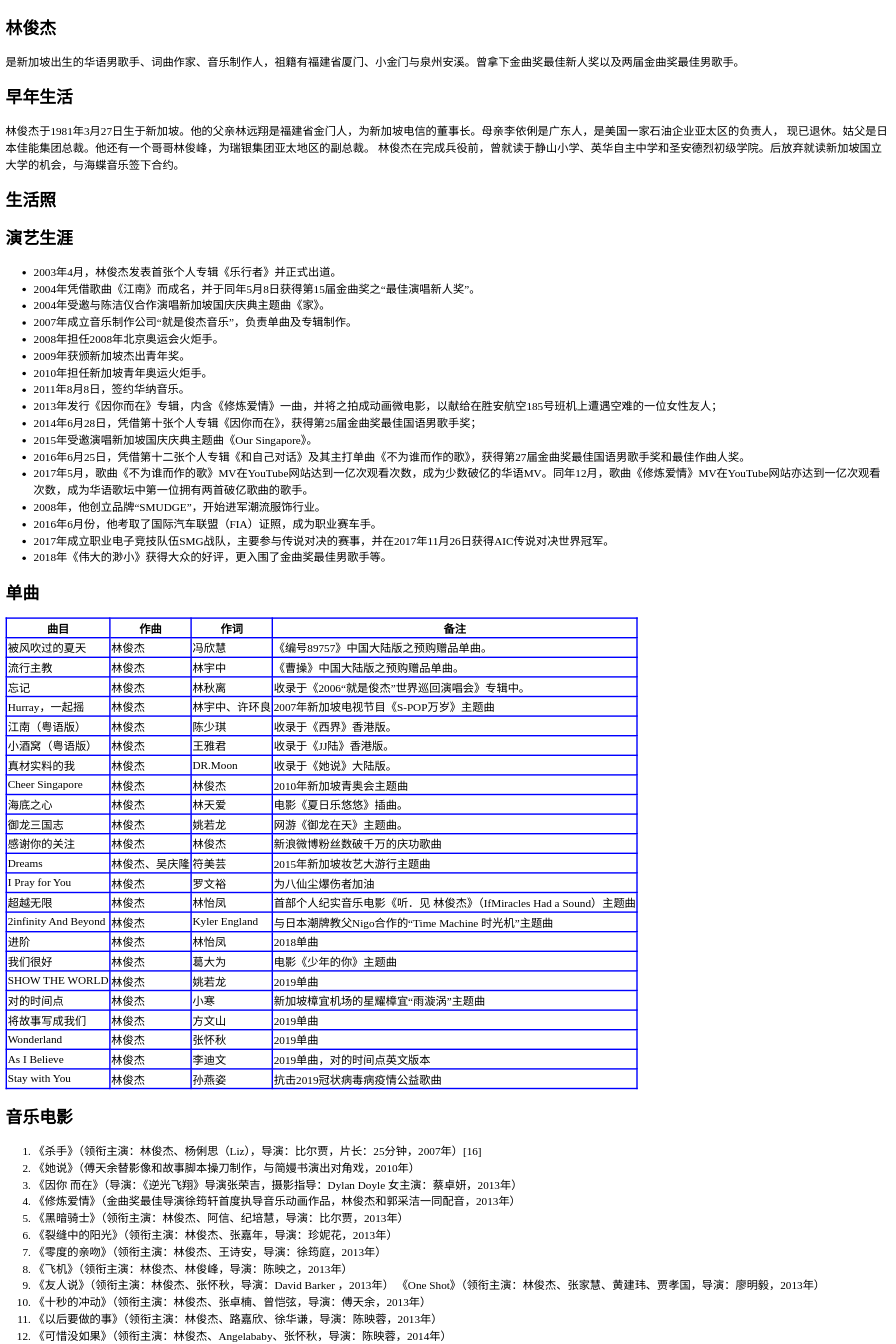
Repository: chenguocan/html_work
Page: html_work.html
An editor plug-in stored every save of this project. The page is shown before and after the next save, followed by the edit.
The browser window is 1280 px wide. The pictures show the part of the page from y = 0 to 1920 px (the page is 1959 px tall before and 3463 px after), at 70% of full size.

Above is the page before, as saved 2020-06-26 10:17:24.

### html_work.html
<!DOCTYPE html>
<html lang="zh-CN">
  <head>
    <meta charset="UTF-8" />
    <meta
      name="viewport"
      content="width=device-width, initial-scale=1.0, minimum-scale=1.0, maximum-scale=1.0, user-scalable=no"
    />
    <title>Document</title>
    <style>
      table {
        table-layout: fixed;
        border-collapse: collapse;
        border-spacing: 0;
      }
      td,
      th {
        border: 2px solid blue;
      }
    </style>
  </head>
  <body>
    <section>
      <h1>林俊杰</h1>
      <p>
        是新加坡出生的华语男歌手、词曲作家、音乐制作人，祖籍有福建省厦门、小金门与泉州安溪。曾拿下金曲奖最佳新人奖以及两届金曲奖最佳男歌手。
      </p>
      <h2>早年生活</h2>
      <p>
        林俊杰于1981年3月27日生于新加坡。他的父亲林远翔是福建省金门人，为新加坡电信的董事长。母亲李依俐是广东人，是美国一家石油企业亚太区的负责人，
        现已退休。姑父是日本佳能集团总裁。他还有一个哥哥林俊峰，为瑞银集团亚太地区的副总裁。
        林俊杰在完成兵役前，曾就读于静山小学、英华自主中学和圣安德烈初级学院。后放弃就读新加坡国立大学的机会，与海蝶音乐签下合约。
      </p>
      <h2>生活照</h2>
      <h2>演艺生涯</h2>
      <ul>
        <li>2003年4月，林俊杰发表首张个人专辑《乐行者》并正式出道。</li>
        <li>
          2004年凭借歌曲《江南》而成名，并于同年5月8日获得第15届金曲奖之“最佳演唱新人奖”。
        </li>
        <li>2004年受邀与陈洁仪合作演唱新加坡国庆庆典主题曲《家》。</li>
        <li>2007年成立音乐制作公司“就是俊杰音乐”，负责单曲及专辑制作。</li>
        <li>2008年担任2008年北京奥运会火炬手。</li>
        <li>2009年获颁新加坡杰出青年奖。</li>
        <li>2010年担任新加坡青年奥运火炬手。</li>
        <li>2011年8月8日，签约华纳音乐。</li>
        <li>
          2013年发行《因你而在》专辑，内含《修炼爱情》一曲，并将之拍成动画微电影，以献给在胜安航空185号班机上遭遇空难的一位女性友人；
        </li>
        <li>
          2014年6月28日，凭借第十张个人专辑《因你而在》，获得第25届金曲奖最佳国语男歌手奖；
        </li>
        <li>2015年受邀演唱新加坡国庆庆典主题曲《Our Singapore》。</li>
        <li>
          2016年6月25日，凭借第十二张个人专辑《和自己对话》及其主打单曲《不为谁而作的歌》，获得第27届金曲奖最佳国语男歌手奖和最佳作曲人奖。
        </li>
        <li>
          2017年5月，歌曲《不为谁而作的歌》MV在YouTube网站达到一亿次观看次数，成为少数破亿的华语MV。同年12月，歌曲《修炼爱情》MV在YouTube网站亦达到一亿次观看次数，成为华语歌坛中第一位拥有两首破亿歌曲的歌手。
        </li>
        <li>2008年，他创立品牌“SMUDGE”，开始进军潮流服饰行业。</li>
        <li>2016年6月份，他考取了国际汽车联盟（FIA）证照，成为职业赛车手。</li>
        <li>
          2017年成立职业电子竞技队伍SMG战队，主要参与传说对决的赛事，并在2017年11月26日获得AIC传说对决世界冠军。
        </li>
        <li>
          2018年《伟大的渺小》获得大众的好评，更入围了金曲奖最佳男歌手等。
        </li>
      </ul>
      <h2>单曲</h2>
      <table>
        <thead>
          <tr>
            <th>曲目</th>
            <th>作曲</th>
            <th>作词</th>
            <th>备注</th>
          </tr>
        </thead>
        <tbody>
          <tr>
            <td>被风吹过的夏天</td>
            <td>林俊杰</td>
            <td>冯欣慧</td>
            <td>《编号89757》中国大陆版之预购赠品单曲。</td>
          </tr>
          <tr>
            <td>流行主教</td>
            <td>林俊杰</td>
            <td>林宇中</td>
            <td>《曹操》中国大陆版之预购赠品单曲。</td>
          </tr>

          <tr>
            <td>忘记</td>
            <td>林俊杰</td>
            <td>林秋离</td>
            <td>收录于《2006“就是俊杰”世界巡回演唱会》专辑中。</td>
          </tr>
          <tr>
            <td>Hurray，一起摇</td>
            <td>林俊杰</td>
            <td>林宇中、许环良</td>
            <td>2007年新加坡电视节目《S-POP万岁》主题曲</td>
          </tr>
          <tr>
            <td>江南（粤语版）</td>
            <td>林俊杰</td>
            <td>陈少琪</td>
            <td>收录于《西界》香港版。</td>
          </tr>
          <tr>
            <td>小酒窝（粤语版）</td>
            <td>林俊杰</td>
            <td>王雅君</td>
            <td>收录于《JJ陆》香港版。</td>
          </tr>
          <tr>
            <td>真材实料的我</td>
            <td>林俊杰</td>
            <td>DR.Moon</td>
            <td>收录于《她说》大陆版。</td>
          </tr>
          <tr>
            <td>Cheer Singapore</td>
            <td>林俊杰</td>
            <td>林俊杰</td>
            <td>2010年新加坡青奥会主题曲</td>
          </tr>
          <tr>
            <td>海底之心</td>
            <td>林俊杰</td>
            <td>林天爱</td>
            <td>电影《夏日乐悠悠》插曲。</td>
          </tr>
          <tr>
            <td>御龙三国志</td>
            <td>林俊杰</td>
            <td>姚若龙</td>
            <td>网游《御龙在天》主题曲。</td>
          </tr>
          <tr>
            <td>感谢你的关注</td>
            <td>林俊杰</td>
            <td>林俊杰</td>
            <td>新浪微博粉丝数破千万的庆功歌曲</td>
          </tr>
          <tr>
            <td>Dreams</td>
            <td>林俊杰、吴庆隆</td>
            <td>符美芸</td>
            <td>2015年新加坡妆艺大游行主题曲</td>
          </tr>
          <tr>
            <td>I Pray for You</td>
            <td>林俊杰</td>
            <td>罗文裕</td>
            <td>为八仙尘爆伤者加油</td>
          </tr>
          <tr>
            <td>超越无限</td>
            <td>林俊杰</td>
            <td>林怡凤</td>
            <td>
              首部个人纪实音乐电影《听．见 林俊杰》（IfMiracles Had a
              Sound）主题曲
            </td>
          </tr>
          <tr>
            <td>2infinity And Beyond</td>
            <td>林俊杰</td>
            <td>Kyler England</td>
            <td>与日本潮牌教父Nigo合作的“Time Machine 时光机”主题曲</td>
          </tr>
          <tr>
            <td>进阶</td>
            <td>林俊杰</td>
            <td>林怡凤</td>
            <td>2018单曲</td>
          </tr>
          <tr>
            <td>我们很好</td>
            <td>林俊杰</td>
            <td>葛大为</td>
            <td>电影《少年的你》主题曲</td>
          </tr>
          <tr>
            <td>SHOW THE WORLD</td>
            <td>林俊杰</td>
            <td>姚若龙</td>
            <td>2019单曲</td>
          </tr>
          <tr>
            <td>对的时间点</td>
            <td>林俊杰</td>
            <td>小寒</td>
            <td>新加坡樟宜机场的星耀樟宜“雨漩涡”主题曲</td>
          </tr>
          <tr>
            <td>将故事写成我们</td>
            <td>林俊杰</td>
            <td>方文山</td>
            <td>2019单曲</td>
          </tr>
          <tr>
            <td>Wonderland</td>
            <td>林俊杰</td>
            <td>张怀秋</td>
            <td>2019单曲</td>
          </tr>
          <tr>
            <td>As I Believe</td>
            <td>林俊杰</td>
            <td>李迪文</td>
            <td>2019单曲，对的时间点英文版本</td>
          </tr>
          <tr>
            <td>Stay with You</td>
            <td>林俊杰</td>
            <td>孙燕姿</td>
            <td>抗击2019冠状病毒病疫情公益歌曲</td>
          </tr>
        </tbody>
      </table>
      <h2>音乐电影</h2>
      <ol>
        <li>
          《杀手》（领衔主演：林俊杰、杨俐思（Liz），导演：比尔贾，片长：25分钟，2007年）[16]
        </li>
        <li>
          《她说》（傅天余替影像和故事脚本操刀制作，与简嫚书演出对角戏，2010年）
        </li>
        <li>
          《因你 而在》（导演：《逆光飞翔》导演张荣吉，摄影指导：Dylan Doyle
          女主演：蔡卓妍，2013年）
        </li>
        <li>
          《修炼爱情》（金曲奖最佳导演徐筠轩首度执导音乐动画作品，林俊杰和郭采洁一同配音，2013年）
        </li>
        <li>
          《黑暗骑士》（领衔主演：林俊杰、阿信、纪培慧，导演：比尔贾，2013年）
        </li>
        <li>
          《裂缝中的阳光》（领衔主演：林俊杰、张嘉年，导演：珍妮花，2013年）
        </li>
        <li>
          《零度的亲吻》（领衔主演：林俊杰、王诗安，导演：徐筠庭，2013年）
        </li>
        <li>《飞机》（领衔主演：林俊杰、林俊峰，导演：陈映之，2013年）</li>
        <li>
          《友人说》（领衔主演：林俊杰、张怀秋，导演：David Barker ，2013年）
          《One
          Shot》（领衔主演：林俊杰、张家慧、黄建玮、贾孝国，导演：廖明毅，2013年）
        </li>
        <li>
          《十秒的冲动》（领衔主演：林俊杰、张卓楠、曾恺弦，导演：傅天余，2013年）
        </li>
        <li>
          《以后要做的事》（领衔主演：林俊杰、路嘉欣、徐华谦，导演：陈映蓉，2013年）
        </li>
        <li>
          《可惜没如果》（领衔主演：林俊杰、Angelababy、张怀秋，导演：陈映蓉，2014年）
        </li>
        <li>
          《我继续》（领衔主演：林俊杰、张怀秋、张书豪，导演：胡瑞财，2018年）
        </li>
      </ol>
    </section>
  </body>
</html>

After the next save:
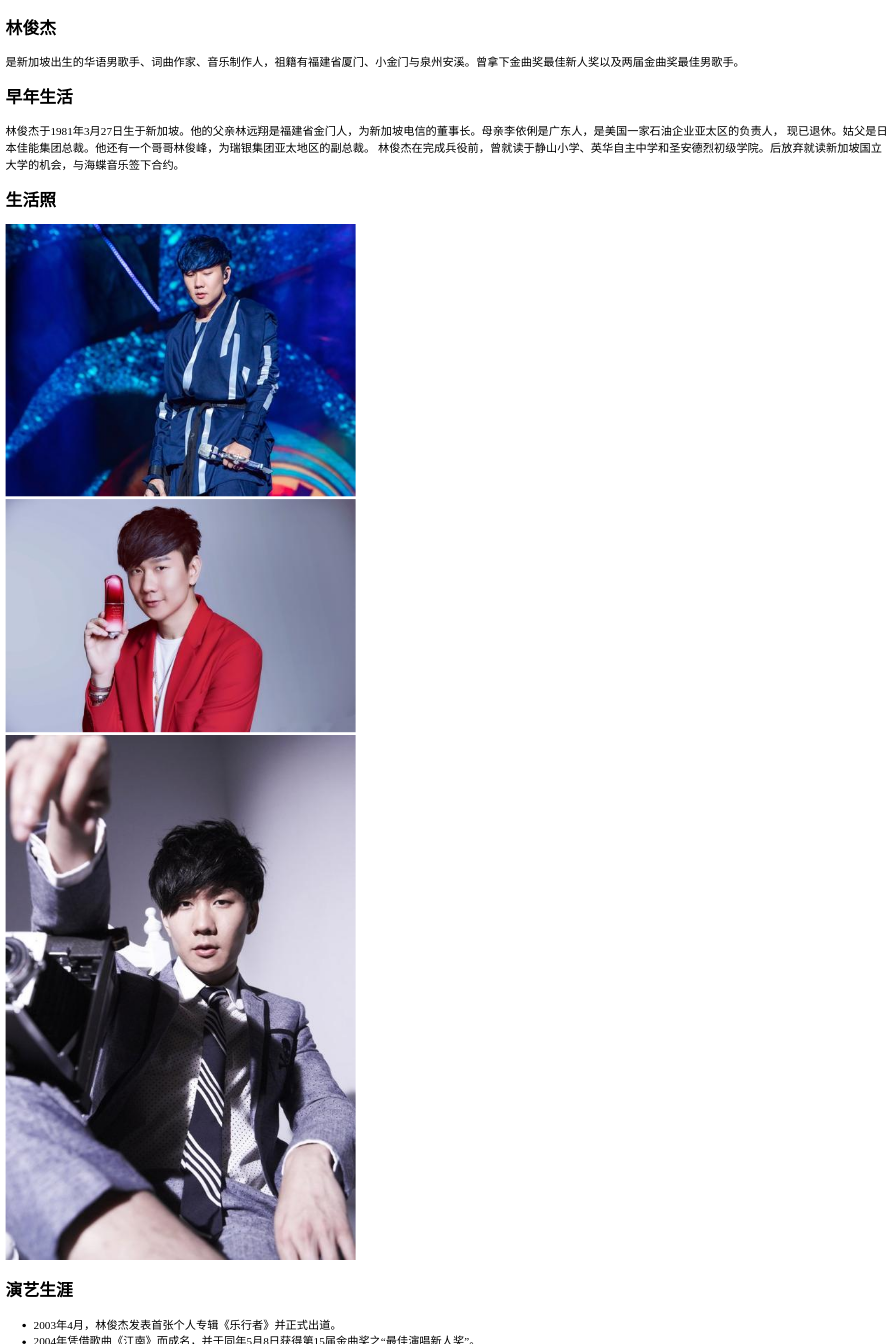
Saved 3 min 8 s later.
--- a/html_work.html
+++ b/html_work.html
@@ -32,6 +32,9 @@
         林俊杰在完成兵役前，曾就读于静山小学、英华自主中学和圣安德烈初级学院。后放弃就读新加坡国立大学的机会，与海蝶音乐签下合约。
       </p>
       <h2>生活照</h2>
+      <div><img src="/images/jj1.jpg" alt="图片1" /></div>
+      <div><img src="/images/jj2.jpg" alt="图片2" /></div>
+      <div><img src="/images/jj3.jpg" alt="图片3" /></div>
       <h2>演艺生涯</h2>
       <ul>
         <li>2003年4月，林俊杰发表首张个人专辑《乐行者》并正式出道。</li>
